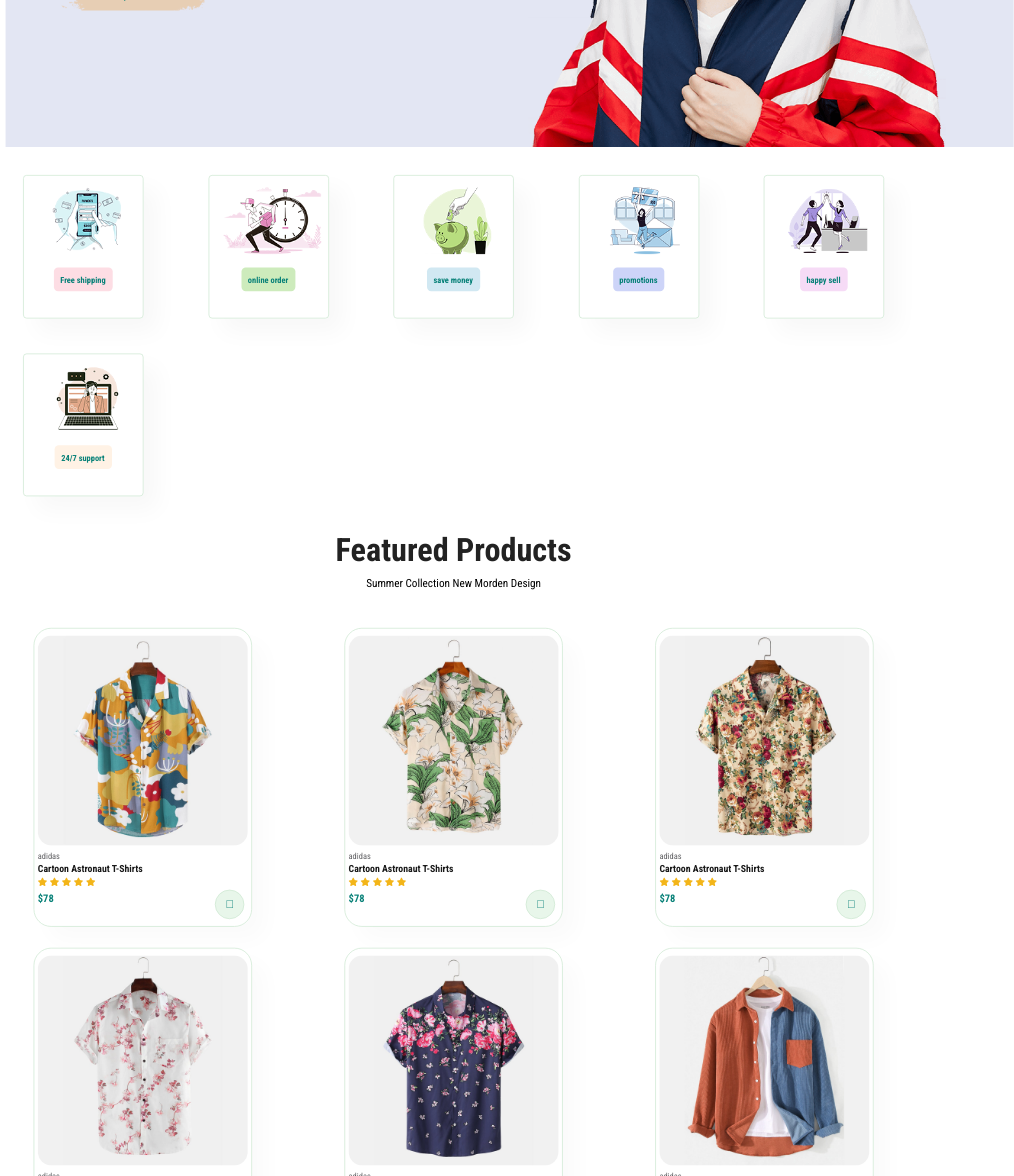
Repository: nhutduy-1905/web_coban
Page: src/index/index.html
An editor plug-in stored every save of this project. The page is shown before and after the next save, followed by the edit.
The browser window is 1280 px wide. The page is 1448 px wide, so the pictures cover 1448 px, including what lies to the right of the window. The pictures show the part of the page from y = 530 to 2210 px (the page is 3785 px tall before and 3813 px after), at 70% of full size.

Above is the page before, as saved 2024-11-19 21:52:46.

### src/index/index.html
<!DOCTYPE html>
<html lang="en">
<!-- Khai báo định dạng tài liệu HTML và ngôn ngữ là tiếng Anh -->

<head>
    <meta charset="UTF-8">
    <!-- Thiết lập bộ ký tự của trang là UTF-8 -->
    <meta name="viewport" content="width=device-width, initial-scale=1.0">
    <!-- Điều chỉnh để trang hiển thị tốt trên mọi thiết bị, đặc biệt là thiết bị di động -->
    <link rel="stylesheet" href="../benefit/benefit.css">
    <link rel="stylesheet" href="../index/main.css">
    <link rel="stylesheet" href="../product/product.css">
    <link rel="stylesheet" href="../product/item.css">
    <link rel="preconnect" href="https://fonts.googleapis.com">
    <link rel="preconnect" href="https://fonts.gstatic.com" crossorigin>
     <!-- link sao -->
    <link rel="preconnect" href="https://fonts.googleapis.com">
<link rel="preconnect" href="https://fonts.gstatic.com" crossorigin>
<link href="https://fonts.googleapis.com/css2?family=Roboto+Condensed:ital,wght@0,100..900;1,100..900&family=Roboto:ital,wght@0,100;0,300;0,400;0,500;0,700;0,900;1,100;1,300;1,400;1,500;1,700;1,900&display=swap" rel="stylesheet">
     <link rel="stylesheet" href="product.css">
     <!-- link giỏ hàng -->
     <link rel="stylesheet" href="https://pro.fontawesome.com/releases/v5.15.4/css/all.css">
    <title>Super Value Deals</title>
    <!-- Tiêu đề của trang web hiển thị trên tab của trình duyệt -->
</head>

<body>

    <section id="header">
        <a href="#"><img src="../../images/logo.png" class="logo" alt="Logo"></a>
        <div>
            <div id="nvbar">
                <div class="active">Home</div>
                <div>Shop</div>
                <div>Blog</div>
                <div>About</div>
                <div>Contact</div>
                <div>
                    <img src = "../../shopping-bag.png" alt = "Logo" style="width: 25px";>
                </div>
            </div>
        </div>
    </section>
    <Section id ="hero">
        <h4>Trade-in-offer</h4>
        <h2>Super value deals</h2>
        <h1>On all Products</h1>
        <p>save more with coupons & up to 70% off!</p>
        <button>Shop now</button>
    </Section>


    <section id ="featured">
        <div class = "fe-box">
            <img  class = "magic-1"src = "../../images/features/f1.png" alt ="">
            <h6>Free shipping</h6>
        </div>
        <div class = "fe-box">
            <img src = "../../images/features/f2.png" alt ="">
            <h6>online order</h6>
        </div>
        <div class = "fe-box">
            <img src = "../../images/features/f3.png" alt ="">
            <h6>save money</h6>
        </div>
        <div class = "fe-box">
            <img src = "../../images/features/f4.png" alt ="">
            <h6>promotions</h6>
        </div>
        <div class = "fe-box">
            <img src = "../../images/features/f5.png" alt ="">
            <h6>happy sell</h6>
        </div>
        <div class = "fe-box">
            <img  class = "magic-2" src = "../../images/features/f6.png" alt ="">
            <h6>24/7 support</h6>
        </div>
    </section>

    <section id ="product1" class = "section-p1">
        <h2>Featured Products</h2>
        <p>Summer Collection New Morden Design</p>
        <div class ="pro-container">
            <div class ="pro">
                <img src ="../../images/products/f1.jpg" alt ="">
                <div class ="des">
                    <span>adidas</span>
                    <h5> Cartoon Astronaut T-Shirts</h5>
                    <div class ="star">
                        <i class="fas fa-star"></i>
                        <i class="fas fa-star"></i>
                        <i class="fas fa-star"></i>
                        <i class="fas fa-star"></i>
                        <i class="fas fa-star"></i>
                    </div>
                    <h4>$78</h4>
                </div>
                   <a href ="#"><i class="fal fa-shopping-cart cart"></i></a>
            </div>
            <div class ="pro">
                <img src ="../../images/products/f2.jpg" alt ="">
                <div class ="des">
                    <span>adidas</span>
                    <h5> Cartoon Astronaut T-Shirts</h5>
                    <div class ="star">
                        <i class="fas fa-star"></i>
                        <i class="fas fa-star"></i>
                        <i class="fas fa-star"></i>
                        <i class="fas fa-star"></i>
                        <i class="fas fa-star"></i>
                    </div>
                    <h4>$78</h4>
                </div>
                   <a href ="#"><i class="fal fa-shopping-cart cart"></i></a>
            </div>
            <div class ="pro">
                <img src ="../../images/products/f3.jpg" alt ="">
                <div class ="des">
                    <span>adidas</span>
                    <h5> Cartoon Astronaut T-Shirts</h5>
                    <div class ="star">
                        <i class="fas fa-star"></i>
                        <i class="fas fa-star"></i>
                        <i class="fas fa-star"></i>
                        <i class="fas fa-star"></i>
                        <i class="fas fa-star"></i>
                    </div>
                    <h4>$78</h4>
                </div>
                   <a href ="#"><i class="fal fa-shopping-cart cart"></i></a>
            </div>
            <div class ="pro">
                <img src ="../../images/products/f4.jpg" alt ="">
                <div class ="des">
                    <span>adidas</span>
                    <h5> Cartoon Astronaut T-Shirts</h5>
                    <div class ="star">
                        <i class="fas fa-star"></i>
                        <i class="fas fa-star"></i>
                        <i class="fas fa-star"></i>
                        <i class="fas fa-star"></i>
                        <i class="fas fa-star"></i>
                    </div>
                    <h4>$78</h4>
                </div>
                   <a href ="#"><i class="fal fa-shopping-cart cart"></i></a>
            </div>
            <div class ="pro">
                <img src ="../../images/products/f5.jpg" alt ="">
                <div class ="des">
                    <span>adidas</span>
                    <h5> Cartoon Astronaut T-Shirts</h5>
                    <div class ="star">
                        <i class="fas fa-star"></i>
                        <i class="fas fa-star"></i>
                        <i class="fas fa-star"></i>
                        <i class="fas fa-star"></i>
                        <i class="fas fa-star"></i>
                    </div>
                    <h4>$78</h4>
                </div>
                   <a href ="#"><i class="fal fa-shopping-cart cart"></i></a>
            </div>
            <div class ="pro">
                <img src ="../../images/products/f6.jpg" alt ="">
                <div class ="des">
                    <span>adidas</span>
                    <h5> Cartoon Astronaut T-Shirts</h5>
                    <div class ="star">
                        <i class="fas fa-star"></i>
                        <i class="fas fa-star"></i>
                        <i class="fas fa-star"></i>
                        <i class="fas fa-star"></i>
                        <i class="fas fa-star"></i>
                    </div>
                    <h4>$78</h4>
                </div>
                   <a href ="#"><i class="fal fa-shopping-cart cart"></i></a>
            </div>
            <div class ="pro">
                <img src ="../../images/products/f7.jpg" alt ="">
                <div class ="des">
                    <span>adidas</span>
                    <h5> Cartoon Astronaut T-Shirts</h5>
                    <div class ="star">
                        <i class="fas fa-star"></i>
                        <i class="fas fa-star"></i>
                        <i class="fas fa-star"></i>
                        <i class="fas fa-star"></i>
                        <i class="fas fa-star"></i>
                    </div>
                    <h4>$78</h4>
                </div>
                   <a href ="#"><i class="fal fa-shopping-cart cart"></i></a>
            </div>
            <div class ="pro">
                <img src ="../../images/products/f8.jpg" alt ="">
                <div class ="des">
                    <span>adidas</span>
                    <h5> Cartoon Astronaut T-Shirts</h5>
                    <div class ="star">
                        <i class="fas fa-star"></i>
                        <i class="fas fa-star"></i>
                        <i class="fas fa-star"></i>
                        <i class="fas fa-star"></i>
                        <i class="fas fa-star"></i>
                    </div>
                    <h4>$78</h4>
                </div>
                   <a href ="#"><i class="fal fa-shopping-cart cart"></i></a>
            </div>
        </div>

    </section>

    <section id = "banner3">
        <div class = "banner-box">
            <h2>SEASONAL SALE </h2>
            <h3>Winter Collection -50% OFF</h3>
        </div>
        <div class = "banner-box banner-box2">
            <h2>NEW FOOTWEAR COLLECTION </h2>
            <h3>Spring/Summer 2024</h3>
        </div>
        <div class = "banner-box banner-box3">
            <h2>T-SHIRTS</h2>
            <h3>New Trendy Prints</h3>
        </div>
     </section>
     <section id = "newsletter">
        <div class = "newtest">
            <h4>Sign Up For Newsletters</h4>
            <p>Get E-mail upadtes about us latest shop and <span>special offers.</span></p>
        </div>
        <div class = "form">
            <input type= "text" placeholder ="Your email address">
            <button class = "normal">Sign Up</button>
        </div>
     </section>

     <footer class ="section-p1">
        <div class = "col">
            <img  class = "logo" src = "../../images/logo.png" alt ="">
            <h4>Contact</h4>
            <p><strong><i>Address:</strong>Wellington Road,Street 32,San Fancisco</i></p>
            <p><strong><i>Phone: </strong>Wellington Road,Street 32,San Fancisco</i></p>
            <p><strong><i>Hours: </strong>10:00-18:00.Mon-Sat</i></p>
            <div class ="follow us">
                <h4>Follow us</h4>
                <div class = "icon">
                    <i class="fab fa-facebook-f"></i>
                    <i class="fab fa-twitter"></i>
                    <i class="fab fa-instagram"></i>
                    <i class="fab fa-pinterest-p"></i>
                    <i class="fab fa-youtube"></i>
                </div>
            </div>
        </div>

        <div class = "col">
            <h4>About</h4>
            <a href = "#">About us</a>
            <a href = "#">Delivery Information</a>
            <a href = "#">Privacy Policy</a>
            <a href = "#">Terms & Conditions</a>
            <a href = "#">Contact Us</a>
        </div>

        <div class = "col">
            <h4>My Account</h4>
            <a href = "#">Sign In</a>
            <a href = "#">View Cart</a>
            <a href = "#">My Wishlist</a>
            <a href = "#">Track My Order</a>
            <a href = "#">Help</a>
        </div>

        <div class = "col install">
            <h4 class = "col1">Install App</h4>
            <p class = "col2">From App store or Google Play</p>
            <div class ="row">
                <img src = "../../images/pay/app.jpg" alt ="">
                <img src = "../../images/pay/play.jpg" alt = "">
            </div>
            <p>Secured Payment Gateways</p>
            <img src = "../../images/pay/pay.png" alt ="">
        </div>
     </footer>

</body>
</html>

### src/benefit/benefit.css
#featured {
    display: flex;
     /* Tạo container flexbox để sắp xếp các phần tử con */
    align-items: center;
    /* Căn giữa các phần tử con theo chiều dọc (trục y) */
    justify-content: space-between;
    /* Phân phối các phần tử con cách đều nhau theo chiều ngang (trục x) */
    flex-wrap: wrap;
    /* Cho phép các phần tử con xuống dòng khi không đủ không gian */
 }

 #featured .fe-box {
    width: 140px;
    /* Đặt chiều rộng cho mỗi hộp là 120px */
    text-align: center;
    /* Căn giữa nội dung văn bản trong mỗi hộp */
     padding:   10px 15px;
     /* Khoảng đệm bên trong mỗi hộp (15px trên dưới, 10px trái phải) */
    box-shadow: 20px 20px 34px rgba(0, 0, 0, 0.03);
     /* Tạo bóng cho hộp với độ mờ nhẹ */
    border: 1px solid #cce7d0;
    /* Tạo viền màu xanh nhạt cho mỗi hộp */
    border-radius: 5px;
    /* Bo tròn góc của hộp với bán kính 4px */
     margin: 10px;
    /* Tạo khoảng cách ngoài cho mỗi hộp là 15px */
    margin-left:25px;
    margin-top: 40px;
    margin-right: 25px;

 }

 #featured .fe-box:hover {
    box-shadow: 10px 10px 54px rgba(70, 62, 221, 0.1);
    /* Tăng bóng khi di chuột qua hộp */
 }

 #featured .fe-box img {
    width: 100%;
    /* Đặt chiều rộng ảnh bằng 100% của hộp chứa */
    margin-bottom: 10px;
    /* Khoảng cách dưới của ảnh là 10px */
    padding: 5px 5px;
 }

 #featured .fe-box h6 {
   display: inline-block;
     /* Hiển thị tiêu đề h6 dưới dạng khối nội tuyến */
   padding: 12px 10px 10px 9px;
    /* Khoảng đệm bên trong tiêu đề h6 (trên 9px, phải 8px, dưới 6px, trái 8px) */
   line-height: 1;
    /* Chiều cao dòng là 1 */
   border-radius: 6px;
   /* Bo tròn góc của tiêu đề với bán kính 4px */
   color: #088178;
     /* Màu chữ xanh lá cây */
   background-color: #fddde4;
    /* Nền màu hồng nhạt cho tiêu đề */
    margin-top: 0px;

 }

 #featured .fe-box:nth-child(2) h6 {
   background-color: #cdebbc;
   /* Nền màu xanh nhạt cho hộp thứ hai */
 }

 #featured .fe-box:nth-child(3) h6 {
   background-color: #d1e8f2;
    /* Nền màu xanh nhạt cho hộp thứ ba */
 }

 #featured .fe-box:nth-child(4) h6 {
   background-color: #cdd4f8;
   /* Nền màu xanh dương nhạt cho hộp thứ tư */
 }

 #featured .fe-box:nth-child(5) h6 {
   background-color: #f6dbf6;
    /* Nền màu tím nhạt cho hộp thứ năm */
 }

 #featured .fe-box:nth-child(6) h6 {
   background-color: #fff2e5;
   /* Nền màu cam nhạt cho hộp thứ sáu */

 }

### src/index/main.css
h1 {
    font-size: 50px;
    line-height: 64px;
    color: #222;
    margin-bottom: 0;
    margin-top: 0;
}

h2 {
    font-size: 46px;
    line-height: 54px;
    color: #222;
    margin-top: 0;
    margin-bottom: 0;
}

h4 {
    font-size: 30px;
    margin-top: 10px;
    margin-bottom: 10px;
}

h6 {
    font-weight: 700;
    font-size: 12px;
}

p {
    font-size: 16px;

    margin: 15px 0  20px ;
    margin-top: 0px;
}

.section-p1 {
    padding: 40px 40px;
}

.section-m1 {
    margin: 40px 0;
}

body {
    width: 100%;
   font-family: "Roboto Condensed", sans-serif;
}

#header {
    display: flex;
    align-items: center;
    justify-content: space-between;
    padding: 20px 80px;
    background: #E3E6F3;
    box-shadow: 0 5px 15px rgba(0, 0, 0, 0.06);
    z-index: 999;
    position: sticky;
    top: 0;
    left: 0;
}

#nvbar {
    display: flex;
    align-items: center;
    justify-content: center;
}

#nvbar div {
    list-style: none;
    padding: 0 20px;
    text-decoration: none;
    font-size: 16px;
    font-weight: 600;
    color: #1a1a1a;
}

#nvbar div:hover {
    color: #088178;
}

#nvbar .active {
    color: #088178;
}

#nvbar .div .active::after {
    content: "";
    width: 30px;
    height: 2px;
    background-color: #088178;
    position: absolute;
    bottom: -4px;
    left: 20px;
}

#hero {
    background-image: url("../../images/hero4.png");
    height: 90vh;
    width: 100%;
    background-size: cover;
    background-position: top 25% right 0;
    padding: 0 80px;
    display: flex;
    flex-direction: column;
    align-items: flex-start;
    justify-content: center;

}


#hero h1 {
    color: #088178;
    margin-top:-7px;
    font-size: 47px;
}

#hero button {
    background-image: url("../../images/button.png");
    background-color: transparent;
    color: #088178;
    border: 0;
    padding: 14px 80px 14px 65px;
}
#hero h4
{
    color: #1a1a1a;

}

### src/product/product.css
#product1
{
   text-align: center; /* Căn giữa tất cả nội dung văn bản bên trong phần tử #product1 */
}

#product1 .pro-container
{
   display: flex; /* Sử dụng flexbox để bố trí các phần tử con */
   justify-content: space-between; /* Căn đều các phần tử con với khoảng cách đều nhau */
   padding-top: 20px; /* Tạo khoảng cách trên cùng cho phần tử */
   flex-wrap: wrap; /* Cho phép các phần tử con xuống hàng khi không đủ chỗ */
}

#product1 .pro
{
    width: 5%; /* Đặt chiều rộng của mỗi sản phẩm là 5% của khối chứa */
    min-width: 300px; /* Đảm bảo mỗi sản phẩm có chiều rộng tối thiểu là 250px */
    padding: 10px 5px; /* Tạo khoảng cách giữa nội dung bên trong phần tử và viền */
    border: 1px solid #cce7d0; /* Tạo viền mỏng màu #cce7d0 */
    border-radius: 25px; /* Làm tròn góc các viền với bán kính 25px */
    cursor: pointer; /* Thay đổi con trỏ thành hình tay khi di chuột lên */
    box-shadow: 20px 20px 30px rgba(0, 0, 0, 0.02); /* Tạo hiệu ứng đổ bóng nhạt cho phần tử */
    margin: 15px 0; /* Tạo khoảng cách trên và dưới của phần tử */
    transition: 0.2 ease; /* Tạo hiệu ứng chuyển động mượt khi có sự thay đổi */
    position: relative; /* Đặt phần tử ở vị trí tương đối để các phần tử con có thể định vị dựa vào nó */
}

#product1 .pro:hover
{
   box-shadow: 20px 20px 30px rgba(0, 0, 0, 0.06); /* Tăng cường đổ bóng khi người dùng hover chuột lên sản phẩm */
}

#product1 .pro img
{
    width: 100%; /* Hình ảnh chiếm toàn bộ chiều rộng của phần tử chứa */
    border-radius: 20px; /* Làm tròn góc các hình ảnh */
    margin-bottom: -10px;
}

#product1 .pro .des
{
   text-align: start; /* Căn trái văn bản trong mô tả */
   padding: 10px 0; /* Tạo khoảng cách trên và dưới cho phần mô tả */
}

#product1 .pro .des span
{
   color: #606063; /* Đặt màu chữ cho thẻ <span> */
   font-size: 12px; /* Đặt kích thước chữ là 12px */
}

#product1 .pro .des h5
{
   padding-top: 7px; /* Tạo khoảng cách trên cho tiêu đề h5 */
   color: #1a1a1a; /* Đặt màu chữ tối cho tiêu đề h5 */
   font-size: 14px; /* Đặt kích thước chữ là 14px */
   margin-top: -5px;
   margin-bottom: 0px;
   margin-left: 0px;
}

#product1 .pro .des i
{
    font-size: 12px; /* Đặt kích thước chữ cho các biểu tượng sao */
    color: rgb(243, 181, 25); /* Màu vàng cho các biểu tượng sao */
}

#product1 .pro .des h4
{
   padding-top: 7px; /* Tạo khoảng cách trên cho thẻ h4 */
   font-size: 15px; /* Đặt kích thước chữ là 15px */
   font-weight: 700; /* Đặt độ đậm của chữ là 700 (bold) */
   color:#088178; /* Đặt màu xanh lá cho giá sản phẩm */
   margin-top: 0px;
}

#product1 .pro .cart
{
  width: 40px; /* Đặt chiều rộng của biểu tượng giỏ hàng */
  height: 40px; /* Đặt chiều cao của biểu tượng giỏ hàng */
  line-height: 40px; /* Canh giữa biểu tượng giỏ hàng theo chiều dọc */
  border-radius: 50px; /* Làm tròn biểu tượng giỏ hàng thành hình tròn */
  background-color: #e8f6ea; /* Đặt màu nền xanh nhạt cho giỏ hàng */
  font-weight: 500; /* Đặt độ đậm của chữ trong giỏ hàng là 500 */
  color:#088178; /* Màu chữ xanh lá cho biểu tượng giỏ hàng */
  border: 1px solid #cce7d0; /* Tạo viền mỏng màu xanh nhạt cho giỏ hàng */
  position: absolute; /* Đặt biểu tượng giỏ hàng ở vị trí tuyệt đối trong phần tử cha */
  bottom:20px; /* Đặt biểu tượng cách đáy 20px */
  right: 10px; /* Đặt biểu tượng cách phải 10px */
  margin-bottom:-10px;
}
h2
{
   margin-bottom: 10px;
}

Loaded but not shown: src/product/item.css (198 lines, source omitted)

After the next save:
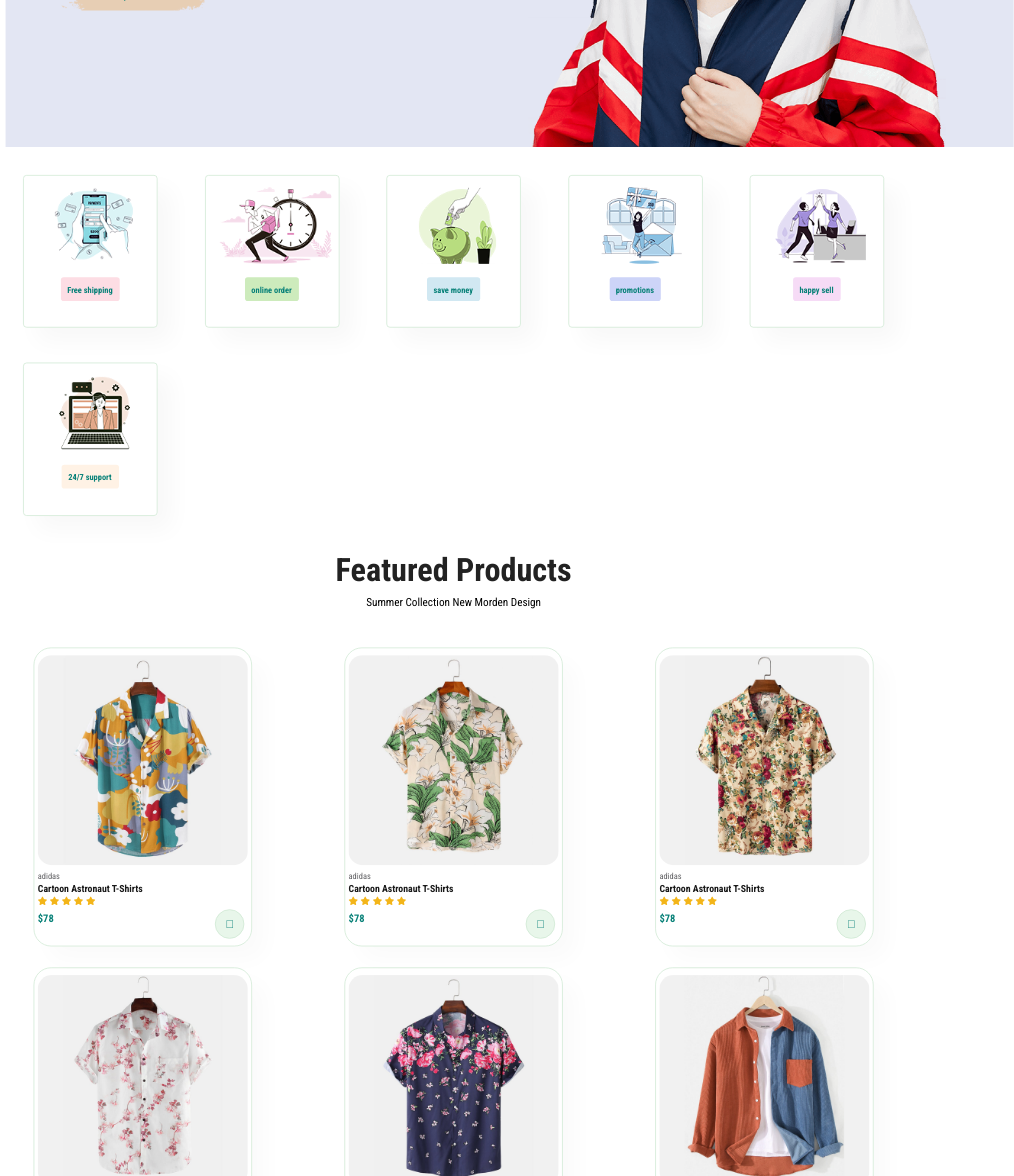
Saved 3 min 22 s later.
--- a/src/benefit/benefit.css
+++ b/src/benefit/benefit.css
@@ -10,7 +10,7 @@
  }
 
  #featured .fe-box {
-    width: 140px;
+    width: 160px;
     /* Đặt chiều rộng cho mỗi hộp là 120px */
     text-align: center;
     /* Căn giữa nội dung văn bản trong mỗi hộp */
@@ -50,7 +50,7 @@
     /* Khoảng đệm bên trong tiêu đề h6 (trên 9px, phải 8px, dưới 6px, trái 8px) */
    line-height: 1;
     /* Chiều cao dòng là 1 */
-   border-radius: 6px;
+   border-radius: 4px;
    /* Bo tròn góc của tiêu đề với bán kính 4px */
    color: #088178;
      /* Màu chữ xanh lá cây */
